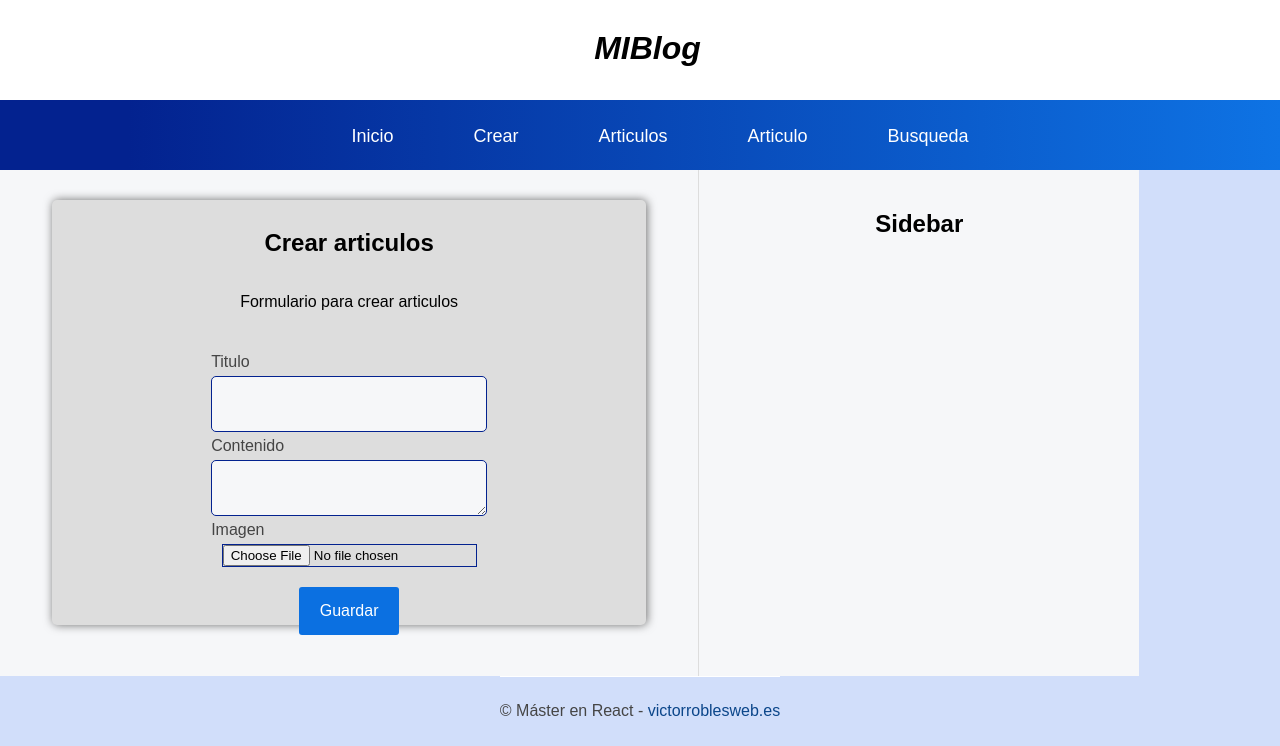
Repository: DamianBermudez94/frondEnd-blog
Page: /crear
These files come from the project's save history. The page is drawn as it stood at one moment and after the next save; the edit follows.
The browser window is 1280 px wide. The pictures show the whole page.
The project was rebuilt for these pictures with package versions that can differ from the ones it lists, and the page was loaded fresh each time. Also part of the build but not shown: vite.config.js, src/components/pages/Inicio.jsx, src/components/pages/Busqueda.jsx, src/helper/Global.jsx, src/helper/Peticion.jsx, src/components/pages/Listado.jsx, src/components/pages/Articulos.jsx, src/components/pages/Articulo.jsx.

Above is the page before, as saved 2023-08-14 19:45:44.

### index.html
<!doctype html>
<html lang="es">
  <head>
    <meta charset="UTF-8" />
    <link rel="icon" type="image/svg+xml" href="/vite.svg" />
    <meta name="viewport" content="width=device-width, initial-scale=1.0" />
    <title>Proyecto-blog</title>
  </head>
  <body>
    <div id="root"></div>
    <script type="module" src="/src/main.jsx"></script>
  </body>
</html>

### src/main.jsx

import ReactDOM from 'react-dom/client'
import App from './App.jsx'
import './index.css'

ReactDOM.createRoot(document.getElementById('root')).render(

    <App />

)

### src/App.jsx
import { Rutas } from "./router/rutas"



function App() {


  return (
    <div className="layout">
      <Rutas></Rutas>
    </div>
  )
}

export default App

### src/index.css
/*:root {
  font-family: Inter, system-ui, Avenir, Helvetica, Arial, sans-serif;
  line-height: 1.5;
  font-weight: 400;

  color-scheme: light dark;
  color: rgba(255, 255, 255, 0.87);
  background-color: #242424;

  font-synthesis: none;
  text-rendering: optimizeLegibility;
  -webkit-font-smoothing: antialiased;
  -moz-osx-font-smoothing: grayscale;
  -webkit-text-size-adjust: 100%;
}

a {
  font-weight: 500;
  color: #646cff;
  text-decoration: inherit;
}
a:hover {
  color: #535bf2;
}

body {
  margin: 0;
  display: flex;
  place-items: center;
  min-width: 320px;
  min-height: 100vh;
}

h1 {
  font-size: 3.2em;
  line-height: 1.1;
}

button {
  border-radius: 8px;
  border: 1px solid transparent;
  padding: 0.6em 1.2em;
  font-size: 1em;
  font-weight: 500;
  font-family: inherit;
  background-color: #1a1a1a;
  cursor: pointer;
  transition: border-color 0.25s;
}
button:hover {
  border-color: #000bdb;
}
button:focus,
button:focus-visible {
  outline: 4px auto -webkit-focus-ring-color;
}

@media (prefers-color-scheme: light) {
  :root {
    color: #213547;
    background-color: #ffffff;
  }
  a:hover {
    color: #000dff;
  }
  button {
    background-color: #f9f9f9;
  }
}*/


/*ESTILOS GENERALES*/

body{
  background: #d1defa;
  font-family: sans-serif, Arial, Helvetica;
  text-align: center;
  padding: 0px;
  margin: 0px;
  box-sizing: border-box;

}

.layout{
  display: grid;
  grid-template-areas:
      "header header header header"
      "nav nav nav nav"
      "content content content lateral"
      "footer footer footer footer"
  ;
  grid-template-rows: 100px 70px auto 70px;
}

/*ESTILOS CABECERA*/

.header{
  grid-area: header;
  width: 100%;
  background: white;
  text-align: left;
  font-style: italic;

  display: flex;
  justify-content: center;
}



.header h1{
  margin-left: 15px;
  margin-top: 30px;
}

/*ESTILOS DE LA BARRA DE NAVEGACIÓN*/

.nav{
  grid-area: nav;
  background: linear-gradient(90deg, #03228f 10%, #0e73e4 100%);
}

.nav > ul {
  display: flex;
  justify-content: center;
  align-items: center;
  list-style: none;
}

.nav li{
  padding: 10px;
}

.nav a {
  display: block;
  margin-left: 30px;
  margin-right: 30px;
  font-size: 18px;
  font-weight: lighter;
  color: white;
  text-decoration: none;
  transition: all 300ms;
}

.nav a:hover{
  transform: scale(1.1, 1.1);
}

/*ESTILOS PARA EL CONTENIDO PRINCIPAL*/

.content{

  grid-area: content;
  background: #f6f7f9;
  display: flex;
  flex-flow: wrap;
  justify-content: flex-start;
  align-items: initial;
  flex-grow: 1;
}
.jumbo{
  width: 85%;
  height: 80%;
  padding-top: 20px;
  display: flex;
  background-color: #ddd;
  justify-content: center;
  align-items: center;
  flex-direction: column;
  border-radius: 5px;
  box-shadow: 1px 0px 10px 0px #6e6e6e;
  margin: 30px auto;
}
.articulo-item{
  flex-grow: 1;
  background: white;
  border-radius: 10px;
  box-shadow: 0px 0px 6px #ddd;
  margin: 20px;
  padding-top: 60px;
  padding-bottom: 60px;
  padding-left: 25px;
  padding-right: 25px;
  display: flex;
  justify-content: center;
  align-items: center;
  max-height: 225px;
}
.articulo-img img{
  width: 500px;
  overflow: hidden;
}
.articulo-item .edit{
  margin-right: 7px;
}
.articulo-datos{
  text-align: left;
}
.title-articulo{
  font-size: 25px;

}
.button,
button,
input[type="submit"],
input[type="button"]{
  width: 100px;
  background: #0b70e1;
  color: white;
  border: 0;
  outline: 0;
  padding:15px;
  border-radius: 3px;
  margin-top:15px;
  text-transform: capitalize;
  font-size: 16px;
  font-weight: 500;
  cursor: pointer;
  transition: all 300ms;
}
.articulo-borrar{
  margin-right: 20px;
}
.articulo-item .articulo-borrar:hover{

  background: #9b0202;
}

.articulo-item .articulo-editar:hover{
  background: #e77b00;
}

/*ESTILOS BARRA LATERAL*/

.lateral{
  width: 400px;
  grid-area: lateral;
  background: #f6f7f9;
  border-left: 1px solid #ddd;
  padding: 20px;
}

.lateral > div{
  box-sizing: border-box;
  width: 90%;
  margin: 20px;
  padding: 20px;
  padding-top: 10px;
  background: white;
  border-radius: 10px;
  box-shadow: 0px 0px 6px #ddd;
}

input[type="text"],
input[type="text"],
textarea,
input[type="text"],
input[type="text"],
textarea
{
  display: block;
  margin: 0 auto;
  margin-top: 15px;
  padding: 12px;
  border-radius: 5px;
  background: #f6f7f9;
  color: #454545;
  width: 80%;
  max-width: 250px;
  min-width: 250px;
  min-height: 30px;
  max-height: 250px;
  opacity: 4;
  outline: 0;
  border-color: transparent;
}
.no-encontrado{
  color: #9b0202;
}
.edit_form{
  border-top: 1px solid #ddd;
  margin-top: 10px;
}
.formulario{
 margin-top: 0;
}
.grup-form label{
 display: block;
  text-align: left;

  color: #444;
  margin-bottom: 5px;
}
.grup-form input,
.grup-form textarea{
  border: 1px solid #03228f;
   margin-bottom: 5px;
   outline: 0;
   margin-top: 0;
 }
/*ESTILOS PARA EL PIE DE PÁGINA*/
.footer{
  max-height: 300px;
  grid-area: footer;
  margin: 0 auto;
  background-color: #d1defa;
  color: #454545;
  border-top: 1px solid white;

  line-height: 68px;

}

.footer a{
  color: #0b468a;
  text-decoration: none;
}

@media (max-width: 1085px){
  .content {
      flex-flow: column wrap;
      justify-content: center;
      align-items: center;
  }

  .articulo-item{
      width: 80%;
  }
}

### src/router/rutas.jsx

import { BrowserRouter, Routes, Route } from "react-router-dom";
import { Inicio } from "../components/pages/Inicio";
import { Busqueda } from "../components/pages/Busqueda";
import { Crear } from "../components/pages/Crear";
import Articulos from "../components/pages/Articulos";
import { Articulo } from "../components/pages/Articulo";
import { Header } from "../components/layout/Header";
import { Nav } from "../components/layout/Nav";
import { Footer } from "../components/layout/Footer";
import { Sidebar } from "../components/layout/Sidebar";


export const Rutas = ()=>{

    return(

        <BrowserRouter>
            {/*Layout*/}
            <Header></Header>
            <Nav></Nav>
            {/*Contenido principal y rutas*/}
            <section id="content" className="content">
                <Routes>
                    <Route path="/" element={<Inicio/>}/>
                    <Route path="/inicio" element={<Inicio/>}/>
                    <Route path="/busqueda" element={<Busqueda/>}/>
                    <Route path="/crear" element={<Crear/>}/>
                    <Route path="/articulos" element={<Articulos/>}/>
                    <Route path="/articulo" element={<Articulo/>}/>
                </Routes>
            </section>
            <Sidebar/>
            <Footer></Footer>
        </BrowserRouter>

    )

}

### src/components/pages/Crear.jsx
import { useState } from "react";
import { useForm } from "../../hooks/useForm";
export const Crear = () => {
  const { handleSubmit, enviado, cambiado} = useForm({});
  const guardarArticulo=(e)=>{
    e.preventDefault();
    let nuevoArticulo = JSON.stringify( handleSubmit);
    console.log(nuevoArticulo);
  }
  return (
    <div className="jumbo">
      <h1>Crear articulos</h1>
      <p>Formulario para crear articulos</p>
      <pre>{JSON.stringify(handleSubmit)}</pre>
      <form className="formulario" onSubmit={guardarArticulo}>
        <div className="grup-form">
          <label htmlFor="titulo">Titulo</label>
          <input type="text" name="titulo" onChange={cambiado}/>
        </div>
        <div className="grup-form">
          <label htmlFor="contenido">Contenido</label>
          <textarea type="textarea" name="contenido" onChange={cambiado}/>
        </div>
        <div className="grup-form">
          <label htmlFor="file0">Imagen</label>
          <input type="file" name="file0" id="file"/>
        </div>
        <input type="submit" value="Guardar" className="btn btn-succes" />
      </form>
    </div>
  );
};

### src/components/layout/Header.jsx
import React from 'react'

export const Header = () => {
  return (

         <header className="header">
            <h1>MIBlog</h1>
        </header>

  )
}

### src/components/layout/Nav.jsx
import React from 'react'
import { NavLink } from 'react-router-dom'

export const Nav = () => {
  return (

           <nav className="nav">
            <ul>
                <li><NavLink to="/#">Inicio</NavLink></li>
                <li><NavLink to="/crear">Crear</NavLink></li>
                <li><NavLink to="/articulos">Articulos</NavLink></li>
                <li><NavLink to="/articulo">Articulo</NavLink></li>
                <li><NavLink to="/busqueda">Busqueda</NavLink></li>

            </ul>
        </nav>

  )
}

### src/components/layout/Footer.jsx
import React from 'react'

export const Footer = () => {
  return (

         <footer className="footer">
            &copy; Máster en React - <a href="https://victorroblesweb.es">victorroblesweb.es</a>
        </footer>

  )
}

### src/components/layout/Sidebar.jsx
import React from 'react'

export const Sidebar = () => {
  return (
        <aside className="lateral">

            <h1>Sidebar</h1>

        </aside>

  )
}

### src/hooks/useForm.jsx
import {useState} from 'react'

export const useForm = (objetoInicial = {}) => {
    const [datos, setDatos] = useState(objetoInicial);
    const [enviado, setEnviado] = useState(false);

    console.log("soy los datos",datos);
    const serializarFormulario = (datos)=>{
        // new FormData: es una libreria de JavaScript para obtener nuevos datos
        const formData = new FormData(datos);
        console.log("Hola,soy los datos del formulario",formData);
        // Inicializamos un objeto vacio para despues rellenar con los nuevos datos
        const objectCompleto = {};
        // Recorremos el formulario para que valla agregando la nueva informacion
        for(let [name,value] of formData){
            objectCompleto[name]= value;
        }
        // Retornamos el objeto con todos los datos del formulario
        return objectCompleto;
    }
    const cambiado =(e)=>{
        // desestructuración del objeto
        //const {name,value} = target;
      console.log("soy el name",e);
        // Actualizamos el estado con el formulario ya establecido y con los datos nuevos
        setDatos({
            // Expandimos los datos que ya habia en el estado y le agregamos la nueva informacion: EJ, name.titulo
            ...datos,
            [e.target.name]: e.target.value
            //[name]:target.value,
        })

    }

    const handleSubmit  = (e)=>{
        e.preventDefault()
        /*let curso= {

            titulo: e.target.titulo.value,
            anio: e.target.anio.value,
            autor: e.target.autor.value,
            email: e.target.email.value,
            descripcion: e.target.descripcion.value
        }*/
        if (!datos.titulo === "" || !datos.anio === "" || !datos.autor === "" || !datos.email==="" || !datos.description ==="") {
            let curso = serializarFormulario(e.target);
            setDatos(curso);
            setEnviado(true);

        } else {
           alert("por favor rellenar el formulario")

        }

    }

    return{
        datos,
        cambiado,
        handleSubmit,
        enviado

    }
}

After the next save:
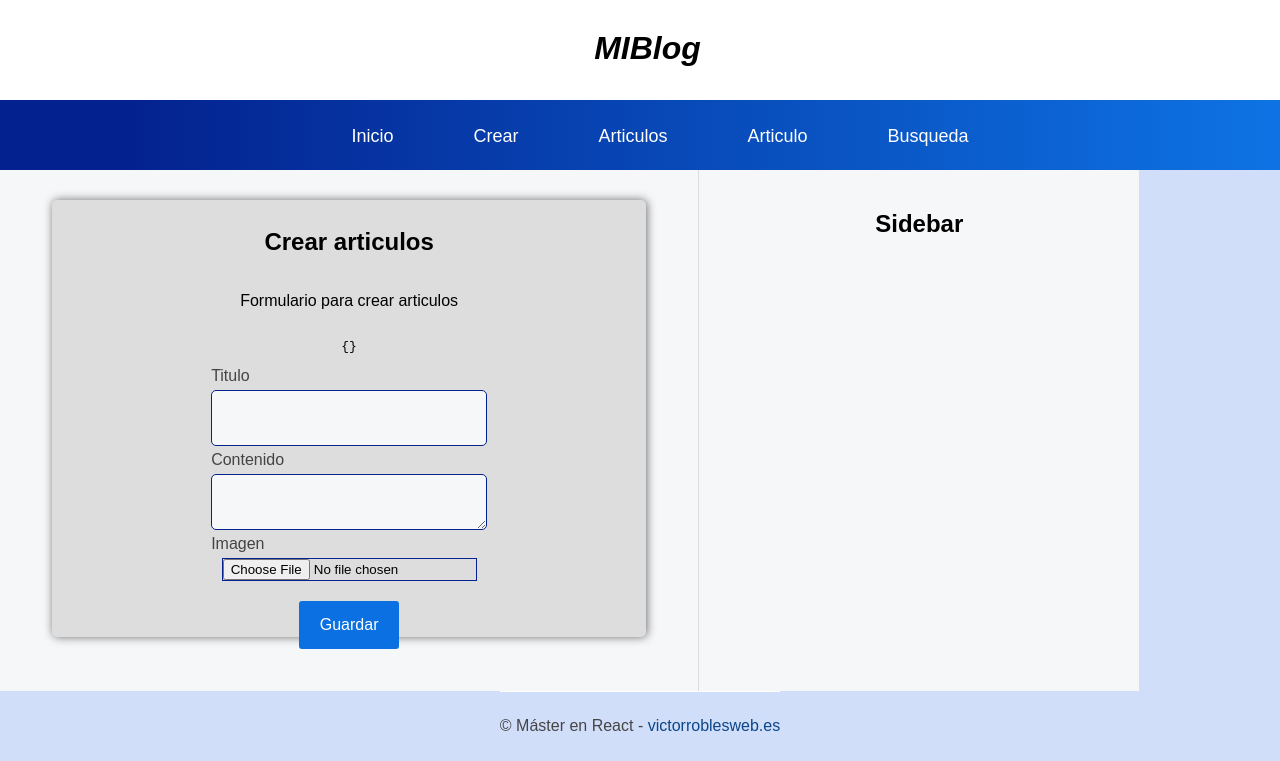
Saved 23 s later.
--- a/src/components/pages/Crear.jsx
+++ b/src/components/pages/Crear.jsx
@@ -1,17 +1,17 @@
 import { useState } from "react";
 import { useForm } from "../../hooks/useForm";
 export const Crear = () => {
-  const { handleSubmit, enviado, cambiado} = useForm({});
+  const { datos, enviado, cambiado} = useForm({});
   const guardarArticulo=(e)=>{
     e.preventDefault();
-    let nuevoArticulo = JSON.stringify( handleSubmit);
+    let nuevoArticulo = JSON.stringify( datos);
     console.log(nuevoArticulo);
   }
   return (
     <div className="jumbo">
       <h1>Crear articulos</h1>
       <p>Formulario para crear articulos</p>
-      <pre>{JSON.stringify(handleSubmit)}</pre>
+      <pre>{JSON.stringify(datos)}</pre>
       <form className="formulario" onSubmit={guardarArticulo}>
         <div className="grup-form">
           <label htmlFor="titulo">Titulo</label>
